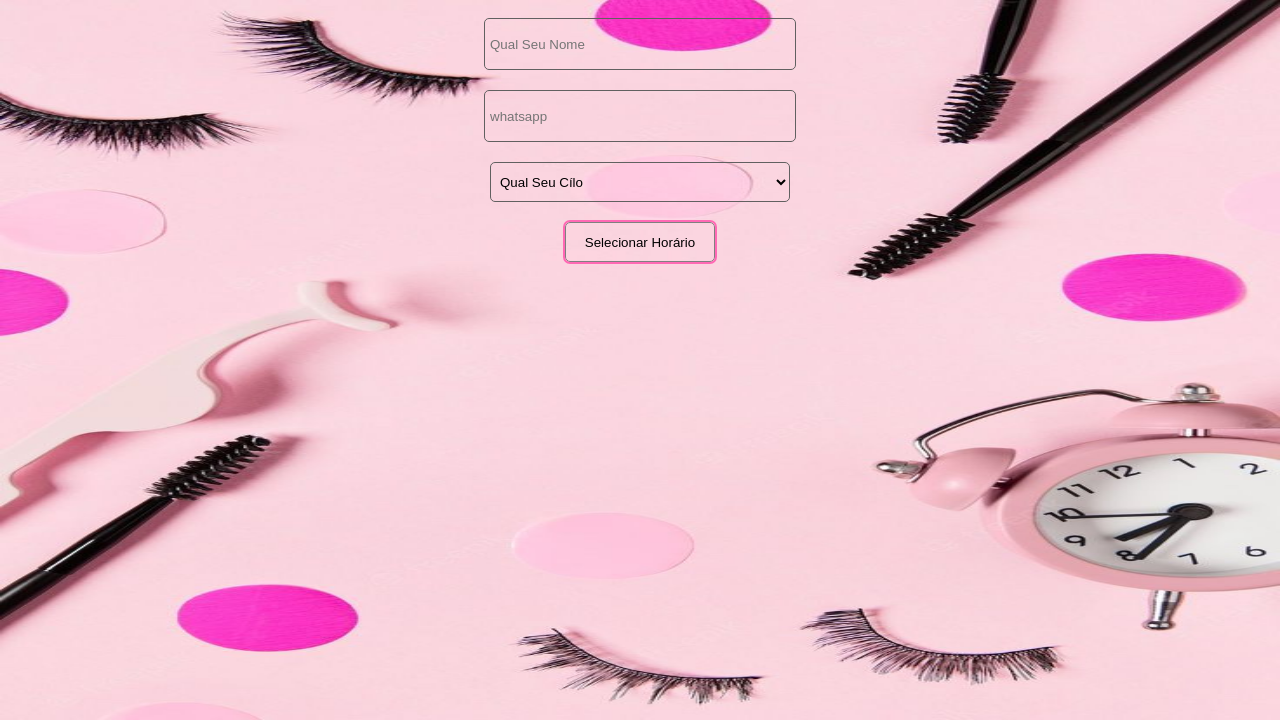
Repository: ketlyn-lash-designer/Ketlyn_Lash_Designer
Page: src/Pages/Home.html
These files come from the project's save history. The page is drawn as it stood at one moment and after the next save; the edit follows.
The browser window is 1280 px wide. The pictures show the whole page.
The first visible `button` has the focus.

Above is the page before, as saved 2024-03-27 22:21:35.

After the next save:
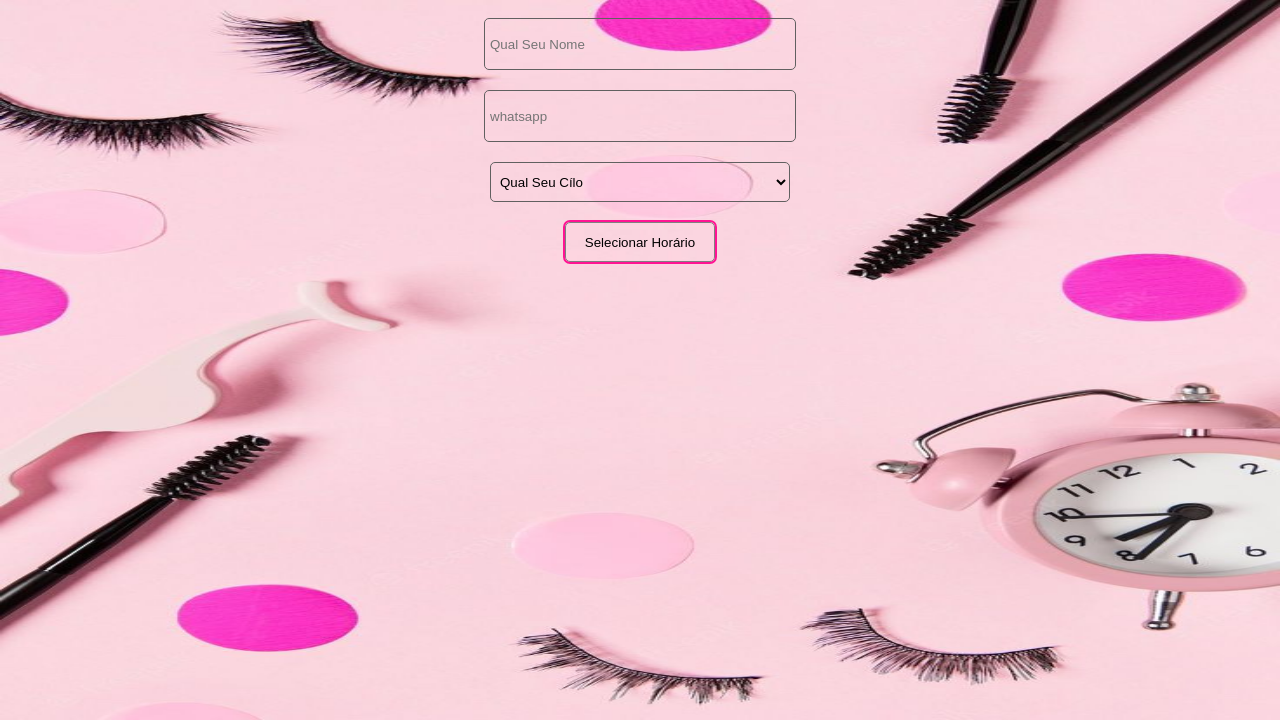
Saved 20 s later.
--- a/src/Styles/Home.css
+++ b/src/Styles/Home.css
@@ -35,7 +35,7 @@ button {
 }
 
 button:focus {
-  outline: 2px solid #FF69B4;
+  outline: 2px solid #FF1493;
 }
 
 button:hover {
